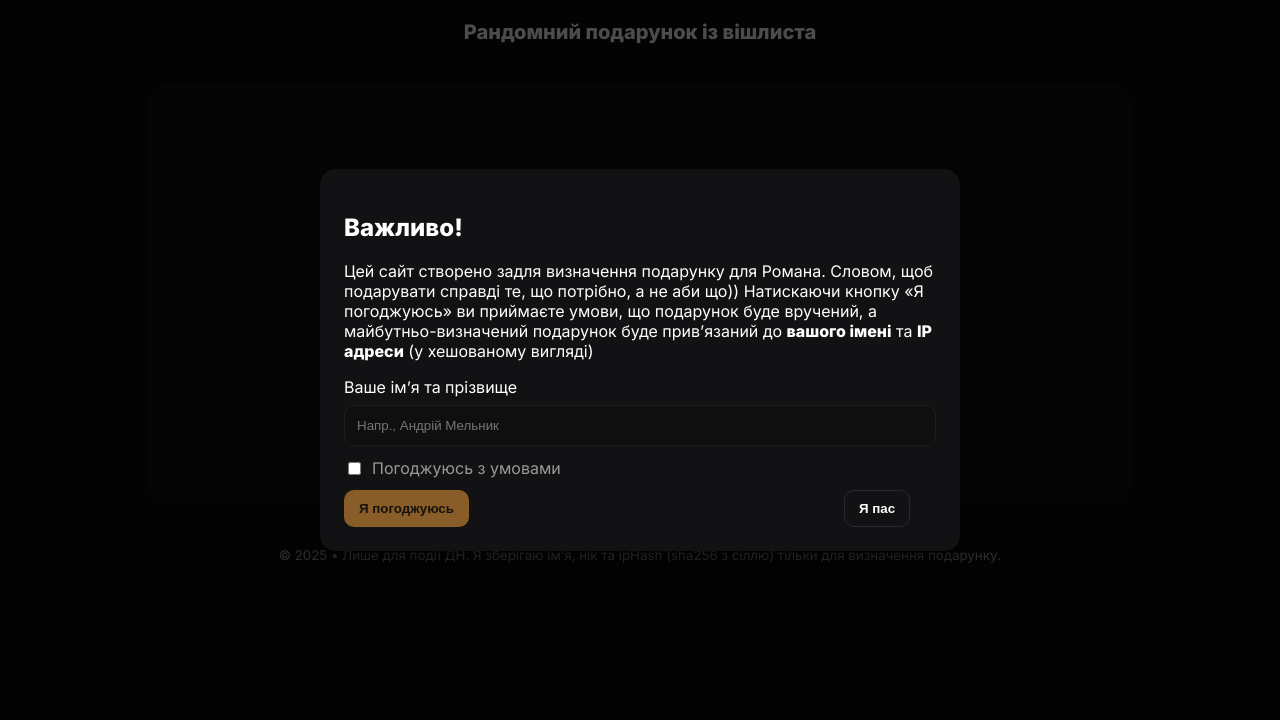
Repository: torunok/random-gift-roman
Page: docs/index.html
These files come from the project's save history. The page is drawn as it stood at one moment and after the next save; the edit follows.
The browser window is 1280 px wide. The pictures show the whole page.
The page's requests for data from a server got no answer.

Above is the page before, as saved 2025-11-10 15:20:59.

### docs/index.html
<!DOCTYPE html>
<html lang="uk">
  <head>
    <meta charset="utf-8" />
    <meta name="viewport" content="width=device-width, initial-scale=1" />
    <title>Random Gift for Roman</title>
    <link rel="preconnect" href="https://fonts.googleapis.com" />
    <link rel="preconnect" href="https://fonts.gstatic.com" crossorigin />
    <link href="https://fonts.googleapis.com/css2?family=Inter:wght@400;600;800&display=swap" rel="stylesheet" />
    <link rel="stylesheet" href="./styles.css" />
  </head>
  <body>
    <div id="app">
      <header class="header">
        <h1>Рандомний подарунок із вішлиста</h1>
      </header>

      <main class="main">
        <!-- Контейнер для сценаріїв/анімацій -->
        <section id="stage" class="stage"></section>
      </main>

      <footer class="footer">
        <small>© 2025 • Лише для події ДН. Я зберігаю ім’я, нік та ipHash (sha256 з сіллю) тільки для визначення подарунку. </small>
      </footer>
    </div>

    <!-- Модалка з умовами -->
    <div class="modal" id="consentModal" aria-hidden="true">
      <div class="modal-content">
        <h2>Важливо!</h2>
        <p>
          Цей сайт створено задля визначення подарунку для Романа. Словом, щоб подарувати справді те, що потрібно, а не аби що)) Натискаючи кнопку «Я погоджуюсь» ви приймаєте умови, що подарунок буде вручений, а
          майбутньо-визначений подарунок буде прив’язаний до <strong>вашого імені</strong> та <strong>IP адреси</strong> (у хешованому вигляді)
        </p>
        <label class="field">
          <span>Ваше ім’я та прізвище</span>
          <input id="inputName" type="text" placeholder="Напр., Андрій Мельник" />
        </label>
        <label class="check">
          <input id="checkboxAgree" type="checkbox" />
          <span>Погоджуюсь з умовами</span>
        </label>
        <div class="actions">
          <button id="btnAgree" class="btn btn-primary" disabled>Я погоджуюсь</button>
          <button id="btnPass" class="btn btn-ghost">Я пас</button>
        </div>
      </div>
    </div>

    <script>
      window.API_BASE = "https://random-gift-roman.myhappyb.workers.dev"; // приклад: https://random-gift-roman.yourname.workers.dev
    </script>
    <script src="./app.js" defer></script>
  </body>
</html>

### docs/styles.css
:root {
    --bg: #0B0B0C;
    --fg: #FFFFFF;
    --muted: #999;
    --accent: #FFA73B;
    --panel: #121214;
}

* {
    box-sizing: border-box
}

html,
body {
    margin: 0;
    padding: 0;
    background: var(--bg);
    color: var(--fg);
    font-family: Inter, system-ui, -apple-system, Segoe UI, Roboto, Ubuntu, "Helvetica Neue", Arial, sans-serif
}

.header {
    padding: 20px;
    display: flex;
    justify-content: center
}

.header h1 {
    font-size: 20px;
    font-weight: 800;
    margin: 0
}

.header--admin {
    justify-content: flex-start
}

.main {
    display: flex;
    justify-content: center;
    align-items: center;
    min-height: 60vh;
    padding: 20px
}

.stage {
    width: min(980px, 94vw);
    min-height: 420px;
    border-radius: 16px;
    background: var(--panel);
    padding: 24px;
    position: relative;
    overflow: hidden
}

.footer {
    padding: 20px;
    text-align: center;
    color: var(--muted)
}

.modal {
    position: fixed;
    inset: 0;
    background: rgba(0, 0, 0, .7);
    display: flex;
    align-items: center;
    justify-content: center;
    z-index: 50
}

.modal[aria-hidden="true"] {
    display: none
}

.modal-content {
    background: var(--panel);
    width: min(640px, 94vw);
    padding: 24px;
    border-radius: 16px;
    box-shadow: 0 10px 40px rgba(0, 0, 0, .5)
}

.field {
    display: flex;
    flex-direction: column;
    gap: 8px;
    margin: 12px 0
}

.field input,
.field textarea {
    background: #0f0f10;
    border: 1px solid #1c1c1e;
    color: var(--fg);
    border-radius: 10px;
    padding: 12px
}

.check {
    display: flex;
    align-items: center;
    gap: 8px;
    margin: 12px 0;
    color: var(--muted)
}

.actions {
    display: flex;
    gap: 12px;
    margin-top: 12px
}

.btn {
    appearance: none;
    border: 1px solid transparent;
    padding: 10px 14px;
    border-radius: 10px;
    font-weight: 600;
    cursor: pointer
}

.btn-primary {
    background: var(--accent);
    color: #1b1205
}

.btn-ghost {
    margin-bottom: 400px;
    margin-left: 500px;
    position: fixed;
    background: transparent;
    border-color: #2a2a2d;
    color: white;
}

.btn:disabled {
    opacity: .5;
    cursor: not-allowed
}

.card {
    background: var(--panel);
    padding: 16px;
    border-radius: 12px;
    box-shadow: 0 8px 30px rgba(0, 0, 0, .3);
    margin-bottom: 16px
}

.table {
    width: 100%;
    border-collapse: collapse
}

.table th,
.table td {
    border-bottom: 1px solid #1e1e22;
    padding: 10px;
    text-align: left
}

.hidden {
    display: none
}

.row {
    display: flex;
    gap: 12px;
    align-items: center;
    margin: 8px 0
}

/* Анімації */
.fade-in {
    animation: fade-in .5s ease forwards
}

@keyframes fade-in {
    from {
        opacity: 0
    }

    to {
        opacity: 1
    }
}

.slide-left {
    animation: slide-left .6s ease forwards
}

@keyframes slide-left {
    from {
        opacity: 0;
        transform: translateX(-30px)
    }

    to {
        opacity: 1;
        transform: none
    }
}

.slide-right {
    animation: slide-right .6s ease forwards
}

@keyframes slide-right {
    from {
        opacity: 0;
        transform: translateX(30px)
    }

    to {
        opacity: 1;
        transform: none
    }
}

.scale-in {
    animation: scale-in .5s ease forwards
}

@keyframes scale-in {
    from {
        opacity: 0;
        transform: scale(.92)
    }

    to {
        opacity: 1;
        transform: scale(1)
    }
}

/* Спец екрани */
.full-black {
    position: absolute;
    inset: 0;
    background: #000;
    display: flex;
    align-items: center;
    justify-content: center;
    color: #fff;
    font-size: 28px
}

.center {
    display: flex;
    align-items: center;
    justify-content: center
}

/* Блок подарунку + опис як суцільний */
.gift-wrap {
    display: flex;
    gap: 20px;
    align-items: center;
    justify-content: center;
    flex-wrap: wrap
}

.gift-img {
    max-width: min(60vw, 480px);
    border-radius: 12px;
    box-shadow: 0 10px 40px rgba(0, 0, 0, .6)
}

.gift-desc {
    max-width: 520px;
    background: #101012;
    border: 1px solid #202026;
    padding: 16px 20px;
    border-radius: 12px
}

/* Фото зліва + текст справа */
.intro {
    display: flex;
    gap: 20px;
    align-items: center;
    justify-content: center;
    flex-wrap: wrap
}

.intro .photo {
    width: 160px;
    height: 160px;
    border-radius: 16px;
    overflow: hidden
}

.intro .photo img {
    width: 100%;
    height: 100%;
    object-fit: cover
}

.intro .text {
    max-width: 560px
}

### docs/app.js
// ========== БАЗА ==========
const API = () => (window.API_BASE || '').replace(/\/$/, '');
const $ = (s, r = document) => r.querySelector(s);
const $$ = (s, r = document) => Array.from(r.querySelectorAll(s));
const stage = $('#stage');
const consentModal = $('#consentModal');
const inputName = $('#inputName');
const checkboxAgree = $('#checkboxAgree');
const btnAgree = $('#btnAgree');
const btnPass = $('#btnPass');

const sleep = (ms) => new Promise(r => setTimeout(r, ms));
const el = (html) => { const d = document.createElement('div'); d.innerHTML = html.trim(); return d.firstElementChild; };
function escapeHtml(str = '') { return String(str).replace(/[&<>"]+/g, s => ({ "&": "&amp;", "<": "&lt;", ">": "&gt;", "\"": "&quot;" }[s])); }

// Безпечний fetch API з лімітованим парсингом
async function api(path, opts = {}) {
  const url = API() + path;
  let res;
  try {
    res = await fetch(url, {
      ...opts,
      headers: { 'Content-Type': 'application/json', ...(opts.headers || {}) }
    });
  } catch (e) {
    // офлайн / розірване з'єднання
    throw new Error('Немає інтернету або сервер недоступний');
  }
  const text = await res.text();
  let data = {};
  try { data = text ? JSON.parse(text) : {}; } catch { /* залишимо як {} */ }
  if (!res.ok) {
    const msg = (data && data.error) ? data.error : (text || `HTTP ${res.status}`);
    throw new Error(msg);
  }
  return data;
}

// Абсолютний URL до зображення
function absoluteUrl(u = '') {
  if (!u) return '';
  if (/^https?:\/\//i.test(u)) return u;
  // відносні шляхи (наприклад, /img/gifts/....webp) — префіксуємо Worker'ом
  return API() + u;
}

// ====== CONSENT ======
function showConsent() { consentModal?.setAttribute('aria-hidden', 'false'); }
function hideConsent() { consentModal?.setAttribute('aria-hidden', 'true'); }

checkboxAgree?.addEventListener('change', () => {
  btnAgree.disabled = !(checkboxAgree.checked && inputName.value.trim().length >= 2);
});
inputName?.addEventListener('input', () => {
  btnAgree.disabled = !(checkboxAgree.checked && inputName.value.trim().length >= 2);
});

btnPass?.addEventListener('click', () => {
  const msg = el(`<div class="card fade-in"><h2>Дякую за щирість! Гарного дня 😄</h2></div>`);
  stage.innerHTML = ''; stage.appendChild(msg); hideConsent();
  api('/api/agree', { method: 'POST', body: JSON.stringify({ name: 'PASS' }) }).catch(() => {});
});

btnAgree?.addEventListener('click', async () => {
  const name = inputName.value.trim();
  if (!name) return;

  try {
    await api('/api/agree', { method: 'POST', body: JSON.stringify({ name }) });
  } catch (e) {
    // навіть якщо не відпрацює — дамо юзеру рухатись далі
    console.warn('agree failed:', e.message);
  }

  hideConsent();

  // якщо вже є призначення — показуємо фінал
  try {
    const me = await api('/api/me', { method: 'GET' });
    if (me && me.assigned) return renderFinal(me.gift, me.name, me.telegram);
  } catch { /* тихо */ }

  renderIntro(name);
});

// ====== СЦЕНИ ======
function renderIntro(name) {
  stage.innerHTML = '';
  const block = el(`
    <div class="intro fade-in">
      <div class="photo slide-left"><img src="./images/roman.png" alt="Roman"/></div>
      <div class="text slide-right">
        <h2>Привітик, ${escapeHtml(name)}! Тут все просто 🙂</h2>
        <p>Буде рандом, який обере подарунок, який ти повинен подарувати мені на день народження.
        Нагадаю, це буде <strong>28 листопада</strong>.</p>
        <button id="btnGo" class="btn btn-primary">Даю добро на рандом!</button>
      </div>
    </div>
  `);
  stage.appendChild(block);
  block.querySelector('#btnGo').addEventListener('click', startRandom);
}

function makeOverlay() {
  const blackout = el(`<div id="blackOverlay" class="full-black">...</div>`);
  return blackout;
}

async function startRandom() {
  stage.innerHTML = '';
  // чорний екран ефект
  const blackout = makeOverlay();
  stage.appendChild(blackout);

  // ефект + підказка
  await sleep(2000);
  blackout.textContent = 'Все ґуд, це просто такий ефект)';

  // відлік 5..1
  await sleep(700);
  for (let i = 5; i >= 1; i--) {
    blackout.textContent = String(i);
    await sleep(700);
  }

  // тягнемо подарунок
  let res;
  try {
    res = await api('/api/random', { method: 'GET' }); // {gift} або {already:true,gift}
  } catch (e) {
    $('#blackOverlay')?.remove();
    alert('Помилка під час отримання подарунка: ' + e.message);
    return;
  }

  const gift = res?.gift || (res?.already ? res.gift : null);
  if (!gift || !gift.imageUrl) {
    $('#blackOverlay')?.remove();
    if (res && res.error === 'no_active_gifts') {
      alert('Немає активних подарунків. Увімкни хоча б один у адмінці.');
    } else {
      alert('Подарунок не отримано. Спробуй ще раз або перевір дані в адмінці.');
    }
    return;
  }

  // прибираємо чорний екран і запускаємо послідовність показу
  $('#blackOverlay')?.remove();
  await showGiftSequence(gift);
}

// коротка послідовність: центр фото → потім фото + опис
async function showGiftSequence(gift) {
  stage.innerHTML = '';

  // 1) показ фото по центру
  const first = el(`
    <div class="center">
      <img class="gift-img scale-in" id="giftImgCenter" src="${escapeHtml(absoluteUrl(gift.imageUrl))}" alt="gift"/>
    </div>
  `);
  stage.appendChild(first);
  await sleep(3000);

  // 2) зменшити фото і додати опис праворуч
  stage.innerHTML = '';
  const wrap = el(`
    <div class="gift-wrap fade-in">
      <img class="gift-img" src="${escapeHtml(absoluteUrl(gift.imageUrl))}" alt="gift"/>
      <div class="gift-desc">
        <h3>${escapeHtml(gift.title || 'Подарунок')}</h3>
        <p>${escapeHtml(gift.description || 'Опис')}</p>
      </div>
    </div>
  `);
  stage.appendChild(wrap);

  // 3) через 10с показати "І це все?"
  await sleep(300);
  const moreBtn = el(`<div class="center"><button id="btnMore" class="btn btn-ghost">І це все?</button></div>`);
  stage.appendChild(moreBtn);
  moreBtn.querySelector('#btnMore').addEventListener('click', showThanksForm);
}

function showThanksForm() {
  stage.innerHTML = '';
  const view = el(`
    <div class="intro fade-in">
      <div class="photo slide-left"><img src="./images/roman.png" alt="Roman"/></div>
      <div class="text slide-right">
        <h2>Щиро вдячний!</h2>
        <p>Буду радий розділити цей момент із вами. А поки запишіть свій нік у Telegram, щоб я пізніше повідомив дату, місце та час).</p>
      </div>
    </div>
  `);
  const form = el(`
    <div class="card fade-in" style="margin-top:16px;">
      <label class="field"><span>Ваш Telegram-нік</span>
        <input id="tgNick" type="text" placeholder="@nickname" />
      </label>
      <div class="actions center"><button id="btnMeet" class="btn btn-primary">Зустрінемось</button></div>
    </div>
  `);
  stage.append(view, form);
  setTimeout(() => form.classList.add('scale-in'), 500);
  form.querySelector('#btnMeet').addEventListener('click', finalizeUser);
}

async function finalizeUser() {
  const nick = $('#tgNick').value.trim();
  if (nick.length < 3) { alert('Вкажіть коректний нік (3+ символи)'); return; }

  try {
    await api('/api/finalize', { method: 'POST', body: JSON.stringify({ telegram: nick }) });
  } catch (e) {
    alert('Не вдалося зберегти нік: ' + e.message);
    return;
  }

  try {
    const me = await api('/api/me', { method: 'GET' });
    if (me && me.assigned) return renderFinal(me.gift, me.name, me.telegram);
  } catch (e) {
    alert('Не вдалося отримати фінальні дані: ' + e.message);
  }
}

function renderFinal(gift, name, tg) {
  stage.innerHTML = '';
  const block = el(`
    <div class="gift-wrap fade-in">
      <img class="gift-img" src="${escapeHtml(absoluteUrl(gift.imageUrl || ''))}" alt="gift"/>
      <div class="gift-desc">
        <h3>${escapeHtml(gift.title || 'Подарунок')}</h3>
        <p>${escapeHtml(gift.description || 'Опис')}</p>
        <hr style="border-color:#222;margin:12px 0;"/>
        <div style="display:flex;align-items:center;gap:10px;">
          <img src="./images/roman.png" alt="Roman" style="width:64px;height:64px;border-radius:10px;object-fit:cover"/>
          <div>
            <div><strong>Для:</strong> ${escapeHtml(name || 'Друг')}</div>
            ${tg ? `<div><strong>Telegram:</strong> ${escapeHtml(tg)}</div>` : ''}
          </div>
        </div>
      </div>
    </div>
  `);
  stage.appendChild(block);
}

// ===== INIT =====
(async function init() {
  showConsent();

  // якщо юзер вже має призначення — показати одразу (без згоди)
  try {
    const me = await api('/api/me', { method: 'GET' });
    if (me && me.assigned) {
      hideConsent();
      return renderFinal(me.gift, me.name, me.telegram);
    }
  } catch {
    // може бути офлайн/сервер недоступний — просто чекаємо взаємодії
  }
})();

After the next save:
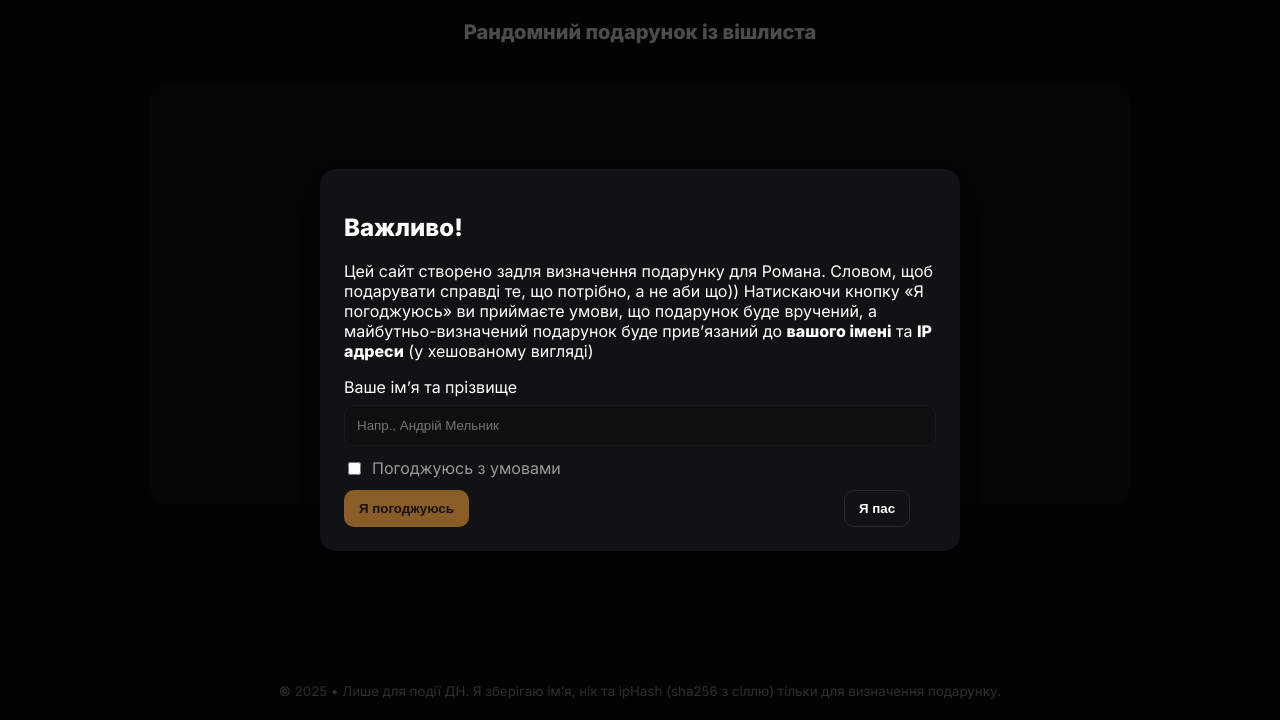
Saved 103 s later.
--- a/docs/styles.css
+++ b/docs/styles.css
@@ -54,9 +54,13 @@ body {
 }
 
 .footer {
+    position: fixed;
+    bottom: 0;
+    left: 0;
+    width: 100%;
     padding: 20px;
     text-align: center;
-    color: var(--muted)
+    color: var(--muted);
 }
 
 .modal {
